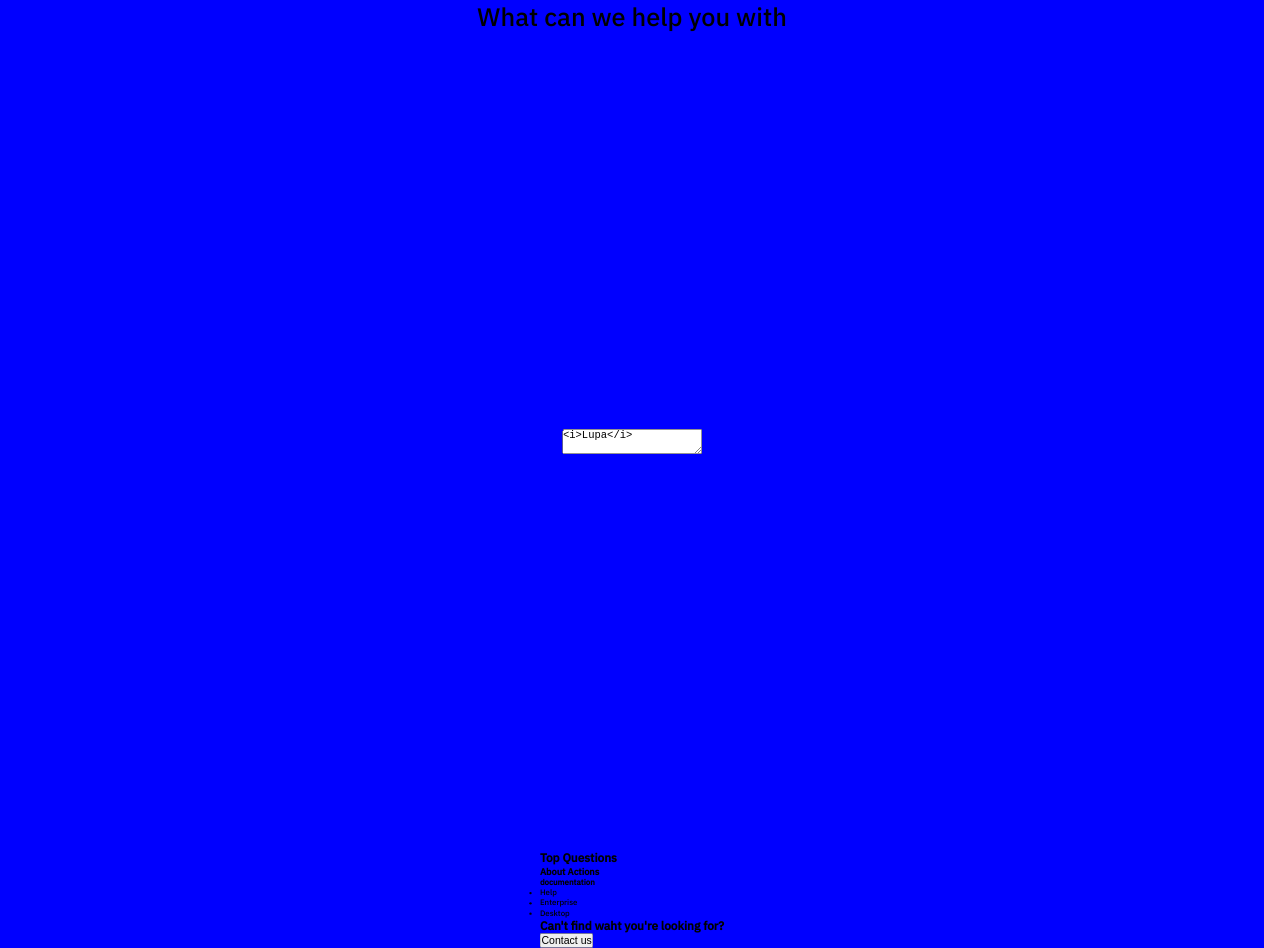
Repository: Hcmwebs/Help-Center-UI-
Page: index.html
The author's editor kept a copy of each file at every save. The page is drawn from the files as they stood at one save, then again after the next save.
The browser window is 1280 px wide. The page is 1600 px wide, so the pictures cover 1600 px, including what lies to the right of the window. The pictures show the whole page, at 79% of full size.
The style sheet was rebuilt from its Sass, Less or Tailwind sources for each picture, by a compiler version that may differ from the author's.

Above is the page before, as saved 2020-08-17 22:35:10.

After the next save:
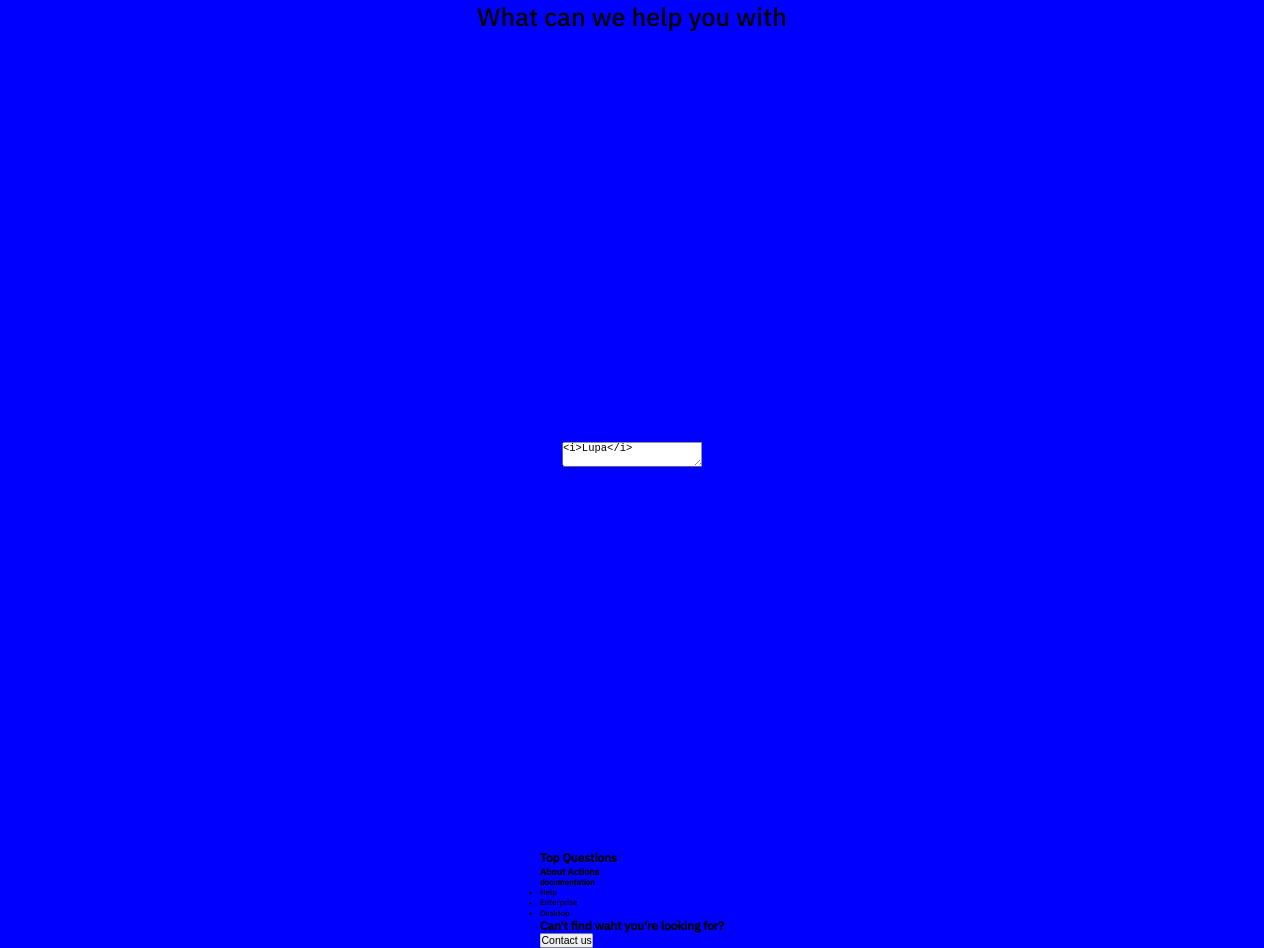
Saved 29 s later.
--- a/scss/styles.scss
+++ b/scss/styles.scss
@@ -22,6 +22,7 @@ body{
 h1{
     font-size: 32px;
     font-weight: 500;
+    margin-bottom: 2rem;
 }
 
 .container{
